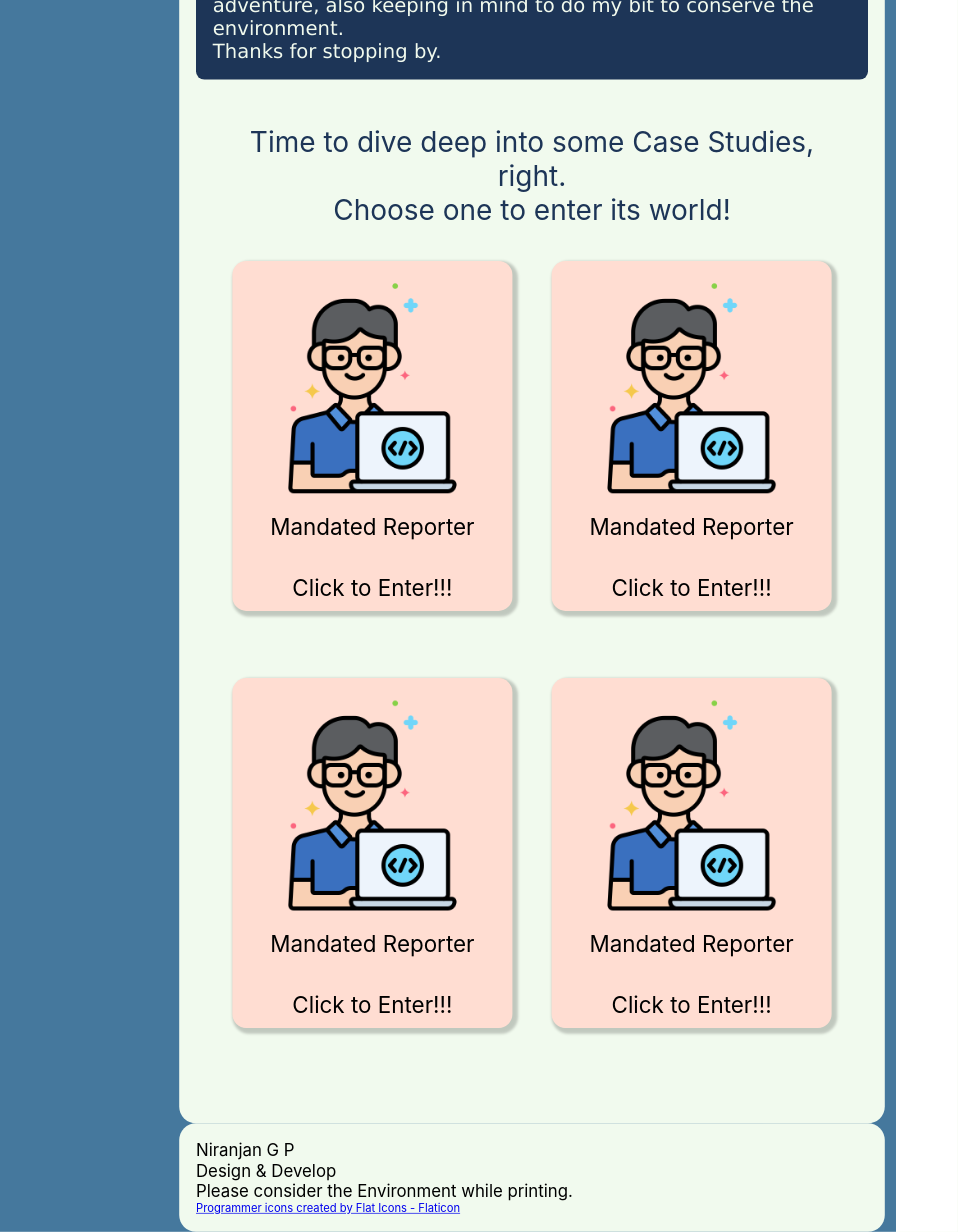
Repository: niranjangp/portfolioReact
Page: /
An editor plug-in stored every save of this project. The page is shown before and after the next save, followed by the edit.
The browser window is 1280 px wide. The page is 1368 px wide, so the pictures cover 1368 px, including what lies to the right of the window. The pictures show the part of the page from y = 974 to 2734 px (the page is 2734 px tall), at 70% of full size.
The project was rebuilt for these pictures with package versions that can differ from the ones it lists, and the page was loaded fresh each time. Also part of the build but not shown: src/pages/csOne.jsx, src/pages/notFound.jsx.

Above is the page before, as saved 2022-02-01 00:03:41.

After the next save:
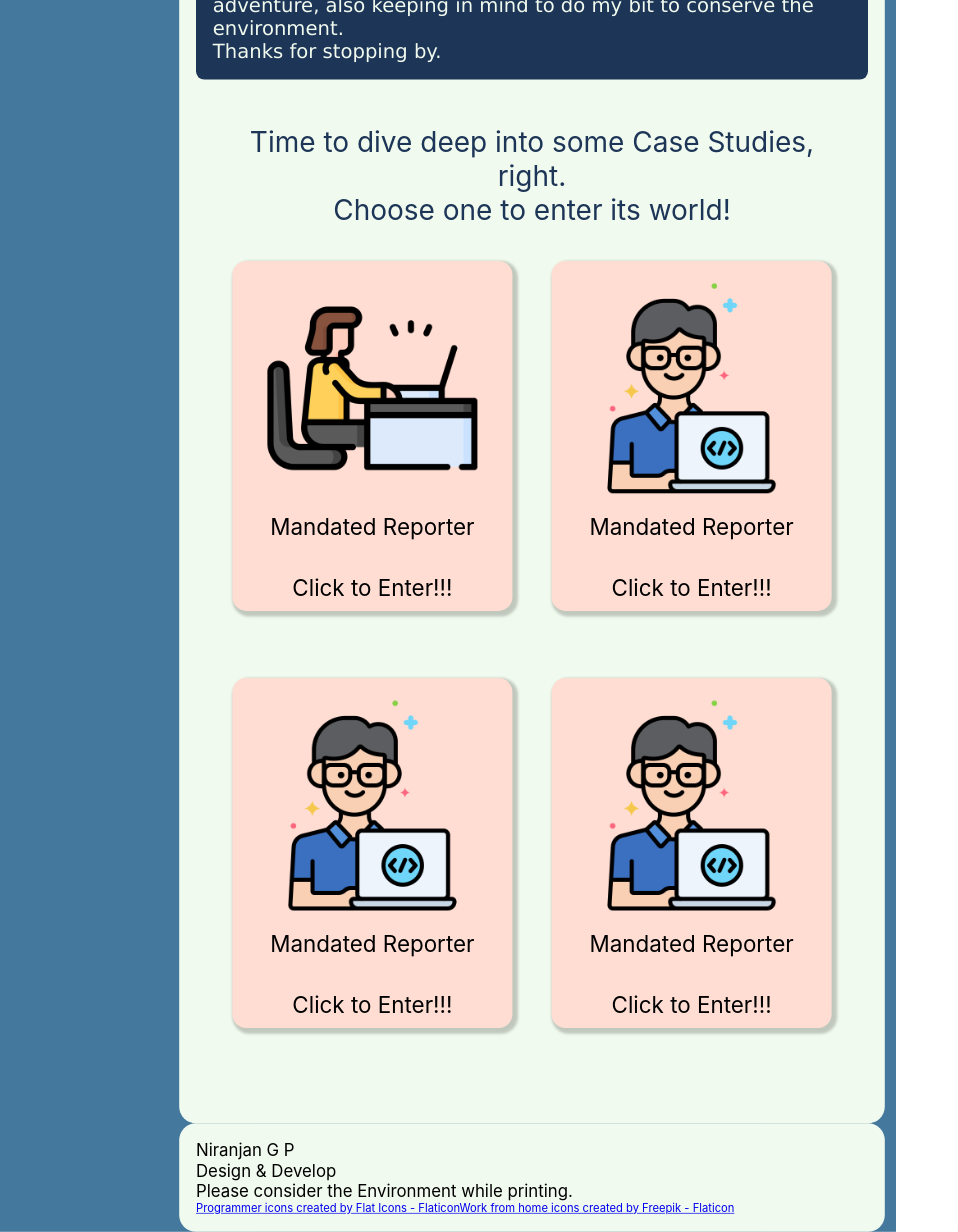
Saved 4 s later.
--- a/src/App.js
+++ b/src/App.js
@@ -61,6 +61,7 @@ function App() {
           </div>
           <div>
             <a href={flatIconLink} title="programmer icons">Programmer icons created by Flat Icons - Flaticon</a>
+            <a href="https://www.flaticon.com/free-icons/work-from-home" title="work from home icons">Work from home icons created by Freepik - Flaticon</a>
             {/*<a target="_blank" rel="noopener noreferrer" href={avatarLink}>Avatar</a> icon by <a target="_blank" rel="noopener noreferrer" href={icon8link}>Icons8</a>*/}
           </div>
         </footer>
--- a/src/pages/enterDesign.jsx
+++ b/src/pages/enterDesign.jsx
@@ -1,5 +1,6 @@
 import React from 'react';
 import Icons from '../assets/programmer.png';
+import WorkingIcon from '../assets/working.png';
 
 const enterDesign = () => {
     const avatarIcon = Icons;
@@ -36,7 +37,7 @@ const enterDesign = () => {
                 </div>
                 <div className='card-box'>
                     <div className="card" onClick={navtoCardDet} id="">
-                        <img src={avatarIcon} alt="card-icon" className='card-icon' />
+                        <img src={WorkingIcon} alt="card-icon" className='card-icon' />
                         <p>Mandated Reporter</p>
                         <p>Click to Enter!!!</p>
                     </div>
